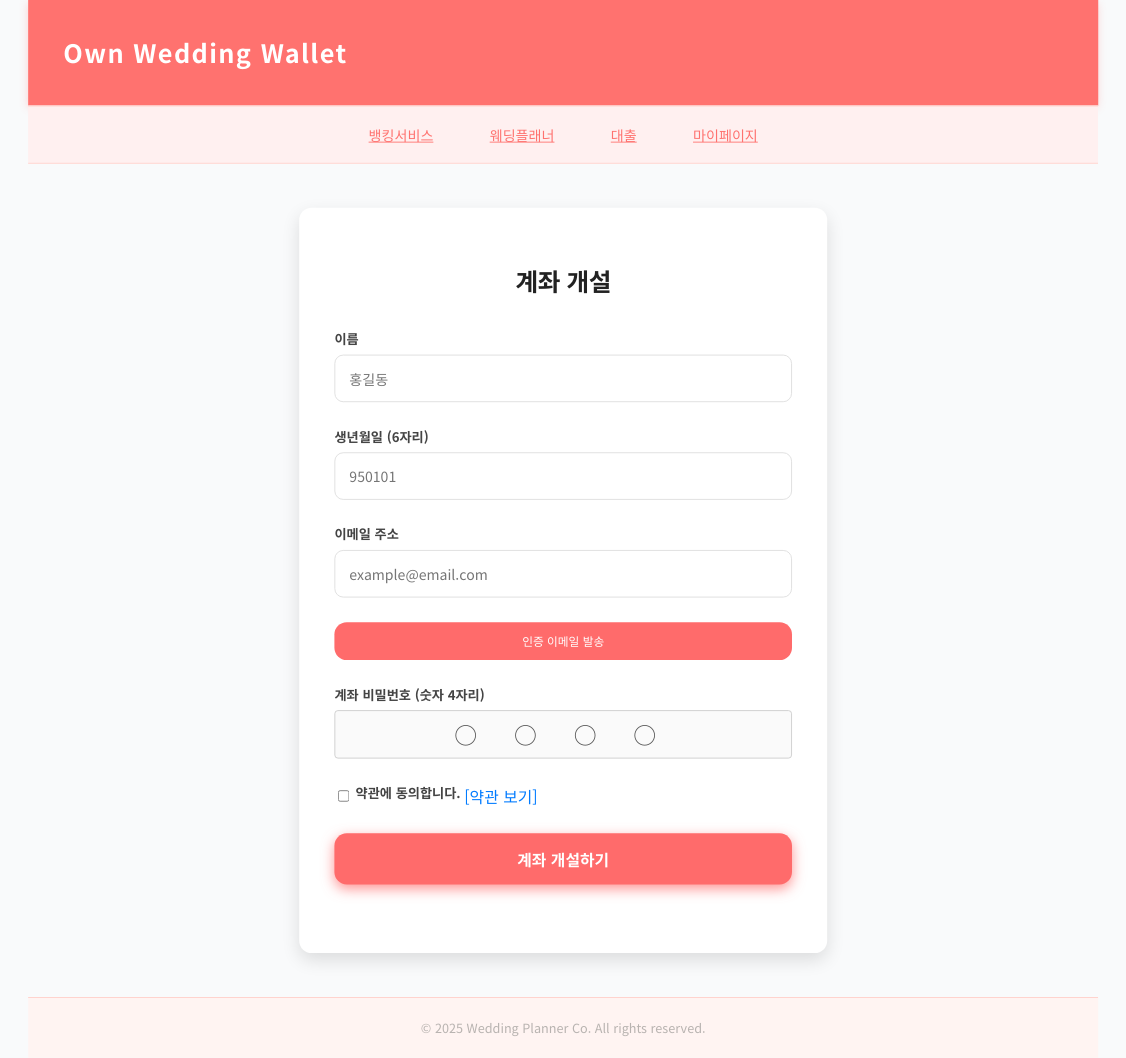
Repository: jieun1738/OWW
Page: http://localhost/account_success
These files come from the project's save history. The page is drawn as it stood at one moment and after the next save; the edit follows.
The browser window is 1280 px wide. The pictures show the whole page, at 88% of full size.
The page is this project's Thymeleaf template; nobody is signed in. The template is opened directly, without the code that normally fills it, so the values that code supplies are empty.

Above is the page before, as saved 2025-08-19 13:46:12.
Console error: ReferenceError: checkLoginStatus is not defined

### oww_test2/oww_bankingService/src/main/resources/templates/account_success.html
<!DOCTYPE html>
<html lang="ko">
<head>
<meta charset="UTF-8" />
<title>계좌 개설</title>
<link href="https://fonts.googleapis.com/css2?family=Noto+Sans+KR&display=swap" rel="stylesheet" />
<link rel="stylesheet" href="/css/account_css.css" />
<link rel="stylesheet" href="/css/page.css" />
<style>
body {
	display: block !important;
	justify-content: initial !important;
	align-items: initial !important;
}
.container {
	width: 600px !important;
	margin: 50px auto !important;
}
.password-box {
	cursor: pointer;
	padding: 8px;
	border: 1px solid #ccc;
	border-radius: 4px;
	text-align: center;
	user-select: none;
}
.keypad {
	display: grid;
	grid-template-columns: repeat(3, 1fr);
	gap: 8px;
	margin-top: 8px;
}
.submit-btn {
	width: 100%;
	padding: 10px;
	background-color: #4CAF50;
	color: white;
	border: none;
	border-radius: 5px;
	cursor: pointer;
}
.submit-btn:hover {
	background-color: #45a049;
}
.terms-inline {
	display: flex;
	align-items: center;
	gap: 4px;
}
.terms-link {
	color: #007bff;
	text-decoration: none;
	cursor: pointer;
}
.modal {
	display: none;
	position: fixed;
	top: 0; left: 0;
	width: 100%; height: 100%;
	background: rgba(0,0,0,0.5);
	justify-content: center; align-items: center;
}
.modal-content {
	background: white;
	padding: 20px;
	border-radius: 8px;
	width: 80%;
	max-width: 500px;
}
.close {
	float: right;
	font-size: 24px;
	cursor: pointer;
}
</style>
</head>
<body>

<header>
	<h1 class="logo">Own Wedding Wallet</h1>
</header>

<nav>
	<div class="nav-item">
		<a href="/banking/main" class="nav-link">뱅킹서비스</a>
		<div class="dropdown">
			<a href="/banking/createAccount">계좌생성</a>
			<a href="/banking/transfer_1">이체</a>
			<a href="/banking/safebox">세이프박스</a>
		</div>
	</div>
	<div class="nav-item">
		<a href="#wedding" class="nav-link">웨딩플래너</a>
		<div class="dropdown">
			<a href="#">추천테마</a>
			<a href="#">DIY</a>
		</div>
	</div>
	<div class="nav-item">
		<a href="#loan" class="nav-link">대출</a>
		<div class="dropdown">
			<a href="#">대출상품</a>
			<a href="#">대출상환</a>
		</div>
	</div>
	<div class="nav-item">
		<a href="#mypage" class="nav-link">마이페이지</a>
	</div>
</nav>

<form action="/api/banking/create" method="post" onsubmit="return submitForm()">
<section class="container" role="main" aria-label="계좌 개설 폼">


	<h2>계좌 개설</h2>

	<article class="section">
		<label for="name">이름</label>
		<input type="text" id="name" name="name" placeholder="홍길동" autocomplete="name" required />
	</article>

	<article class="section">
		<label for="birth">생년월일 (6자리)</label>
		<input type="text" id="birth" name="birth" placeholder="950101" maxlength="6" pattern="\d{6}" title="6자리 숫자 입력" autocomplete="bday" required />
	</article>

	<article class="section">
		<label for="email">이메일 주소</label>
		<input type="email" id="email" name="email" placeholder="example@email.com" autocomplete="email" required />
	</article>

	<article class="section">
		<button type="button" onclick="sendEmailVerification(event)" style="width: 100%;">인증 이메일 발송</button>
	</article>

	<article class="section" id="emailVerifySection" style="display: none;">
		<label for="emailCode">인증번호 입력</label>
		<input type="text" id="emailCode" name="emailCode" placeholder="6자리 입력" maxlength="6" />
		<button type="button" onclick="verifyEmailCode(event)" style="margin-top: 8px; width: 100%;">✅ 인증 확인</button>
	</article>

	<article class="section">
		<label for="passwordInput">계좌 비밀번호 (숫자 4자리)</label>
		<div id="passwordDisplay" class="password-box" tabindex="0" aria-label="계좌 비밀번호 입력창" role="textbox" aria-readonly="true" onclick="showKeypad()" onkeydown="preventTyping(event)">● ● ● ●</div>
		<input type="hidden" id="passwordInput" name="password" maxlength="4" required />
		<div class="keypad" id="keypad" aria-label="숫자 키패드" style="display: none;">
			<button type="button" onclick="addNumber('1')">1</button>
			<button type="button" onclick="addNumber('2')">2</button>
			<button type="button" onclick="addNumber('3')">3</button>
			<button type="button" onclick="addNumber('4')">4</button>
			<button type="button" onclick="addNumber('5')">5</button>
			<button type="button" onclick="addNumber('6')">6</button>
			<button type="button" onclick="addNumber('7')">7</button>
			<button type="button" onclick="addNumber('8')">8</button>
			<button type="button" onclick="addNumber('9')">9</button>
			<button type="button" onclick="hideKeypad()">취소</button>
			<button type="button" onclick="addNumber('0')">0</button>
			<button type="button" onclick="removeNumber()">삭제</button>
		</div>
	</article>

	<article class="section">
		<div class="terms-inline">
			<input type="checkbox" id="agree" name="agree" required />
			<label for="agree">약관에 동의합니다.</label>
			<a href="#" onclick="openModal(event)" class="terms-link">[약관 보기]</a>
		</div>
	</article>

	<article class="section">
		<button class="submit-btn" type="submit">계좌 개설하기</button>
	</article>
</section>
</form>

<div id="termsModal" class="modal" role="dialog" aria-modal="true" aria-labelledby="modalTitle" aria-describedby="modalDesc">
	<div class="modal-content">
		<span class="close" onclick="closeModal()" aria-label="모달 닫기">&times;</span>
		<h3 id="modalTitle">계좌 개설 약관</h3>
		<div id="modalDesc">
			<p>본인은 계좌 개설에 필요한 모든 정보를 사실대로 입력하였으며, 전자금융거래법 및 관련 법률에 따라 제공되는 서비스 이용에 동의합니다.</p>
			<h4>제1조 (목적)</h4>
			<p>본 약관은 Own Wedding Wallet의 계좌 개설 및 이용에 관한 사항을 규정합니다.</p>
			<h4>제2조 (개인정보의 수집 및 이용)</h4>
			<p>계좌 개설을 위해 필요한 최소한의 개인정보를 수집하며, 관련 법령에 따라 안전하게 관리됩니다.</p>
			<h4>제3조 (계좌 이용 및 해지)</h4>
			<p>계좌는 본인 확인 후 이용 가능하며, 해지 시 관련 절차를 따라야 합니다.</p>
			<h4>제4조 (비밀번호 보호)</h4>
			<p>계좌 비밀번호는 본인만 알 수 있도록 안전하게 관리해야 합니다.</p>
		</div>
	</div>
</div>

<footer> &copy; 2025 Wedding Planner Co. All rights reserved.</footer>

<script src="/js/auth-buttons.js"></script>
<script>
window.onload = function() {
	document.activeElement.blur();
};

const passwordInput = document.getElementById("passwordInput");
const passwordDisplay = document.getElementById("passwordDisplay");
const keypad = document.getElementById("keypad");

function showKeypad() { keypad.style.display = "grid"; }
function hideKeypad() { keypad.style.display = "none"; }
function updateDisplay() {
	const length = passwordInput.value.length;
	let display = "";
	for (let i = 0; i < 4; i++) display += i < length ? "● " : "○ ";
	passwordDisplay.textContent = display.trim();
}
function addNumber(num) { if(passwordInput.value.length<4){ passwordInput.value+=num; updateDisplay(); } }
function removeNumber() { passwordInput.value=passwordInput.value.slice(0,-1); updateDisplay(); }
function preventTyping(event){ event.preventDefault(); }

function openModal(e){ e.preventDefault(); document.getElementById("termsModal").style.display="flex"; }
function closeModal(){ document.getElementById("termsModal").style.display="none"; }

function submitForm(){
	if(passwordInput.value.length!==4){ alert("비밀번호 4자리를 입력해주세요."); showKeypad(); passwordDisplay.focus(); return false; }
	if(!document.getElementById("agree").checked){ alert("약관에 동의해야 계좌를 개설할 수 있습니다."); return false; }
	return true;
}
updateDisplay();
passwordDisplay.addEventListener("keydown", preventTyping);

// ✅ 수정된 이메일 인증 함수들
function sendEmailVerification(event){
	console.log("🚨 이메일 인증 요청 시작");

	const button = event.target;
	const email = document.getElementById("email").value;

	if(!email || !email.includes("@")){
		alert("유효한 이메일 주소를 입력하세요.");
		return;
	}

	const originalText = button.textContent;
	button.textContent="발송 중...";
	button.disabled=true;

	// ✅ Gateway를 통한 경로로 수정
	fetch('/banking/account/send-verification',{
		method:'POST',
		headers:{
			'Content-Type':'application/x-www-form-urlencoded',
			'X-Requested-With':'XMLHttpRequest'
		},
		body:'email='+encodeURIComponent(email),
		credentials: 'include'  // 쿠키 전송 (JWT 토큰용)
	})
	.then(res => {
		console.log("응답 상태:", res.status);
		return res.json();
	})
	.then(data=>{
		console.log("응답 데이터:", data);
		if(data.success){
			alert("✅ "+data.message);
			document.getElementById("emailVerifySection").style.display="block";
		}else {
			alert("❌ "+data.message);
			console.error("이메일 발송 실패:", data);
		}
	})
	.catch(err=>{
		console.error("fetch 오류:", err);
		alert("❌ 인증번호 발송 중 오류가 발생했습니다. 콘솔을 확인하세요.");
	})
	.finally(()=>{
		button.textContent=originalText;
		button.disabled=false;
	});
}

function verifyEmailCode(event){
	console.log("🚨 이메일 인증 확인 시작");

	const button=event.target;
	const email=document.getElementById("email").value;
	const code=document.getElementById("emailCode").value;

	if(!code || code.length!==6){
		alert("6자리 인증번호를 입력하세요.");
		return;
	}

	const originalText=button.textContent;
	button.textContent="확인 중...";
	button.disabled=true;

	// ✅ Gateway를 통한 경로로 수정
	fetch('/banking/account/verify-email',{
		method:'POST',
		headers:{
			'Content-Type':'application/x-www-form-urlencoded',
			'X-Requested-With':'XMLHttpRequest'
		},
		body:'email='+encodeURIComponent(email)+'&code='+encodeURIComponent(code),
		credentials: 'include'
	})
	.then(res => {
		console.log("인증 확인 응답 상태:", res.status);
		return res.json();
	})
	.then(data=>{
		console.log("인증 확인 응답 데이터:", data);
		if(data.success){
			alert("✅ "+data.message);
			const codeInput=document.getElementById("emailCode");
			codeInput.style.backgroundColor="#d4edda";
			codeInput.readOnly=true;
			button.textContent="✅ 인증 완료";
			button.style.backgroundColor="#28a745";
		}else{
			alert("❌ "+data.message);
			button.textContent=originalText;
			button.disabled=false;
		}
	})
	.catch(err=>{
		console.error("인증 확인 오류:", err);
		alert("❌ 인증 확인 중 오류가 발생했습니다.");
		button.textContent=originalText;
		button.disabled=false;
	});
}
</script>
</body>
</html>

### oww_test2/oww_bankingService/src/main/resources/static/css/page.css
@charset "UTF-8";

/* 기본 세팅 */
body {
	margin: 0;
	font-family: 'Segoe UI', sans-serif;
	font-size: 18px;
	padding: 0 32px;
	box-sizing: border-box;
}

/* Header */
header {
	background: #ff726f;
	padding: 20px 40px;
	box-shadow: 0 3px 10px rgb(255 114 111/ 0.3);
	position: sticky;
	top: 0;
	z-index: 1000;
	display: flex;
	justify-content: space-between;
	align-items: center;
}

.logo {
	color: #fff;
	font-weight: 700;
	font-size: 1.8rem;
	letter-spacing: 1.5px;
	user-select: none;
}

/* Navigation */
nav {
	background-color: rgba(255, 240, 240, 0.95);
	display: flex;
	justify-content: center;
	gap: 40px;
	padding: 12px 0;
	border-top: 1px solid #ffd2cc;
	border-bottom: 1px solid #ffd2cc;
	position: sticky;
	top: 56px;
	z-index: 1100;
}

.nav-item {
	position: relative;
}

.nav-link {
	color: #ff726f;
	padding: 8px 12px;
	font-size: 1rem;
	border-radius: 8px;
	transition: background-color 0.3s ease, color 0.3s ease;
	cursor: pointer;
	display: inline-block;
}

.nav-link:hover, .nav-item:hover>.nav-link {
	background-color: #ff726f;
	color: white;
}

.dropdown {
	position: absolute;
	top: 125%;
	left: 0;
	background: white;
	border-radius: 10px;
	box-shadow: 0 6px 15px rgb(0 0 0/ 0.12);
	padding: 12px 0;
	min-width: 180px;
	opacity: 0;
	visibility: hidden;
	transform: translateY(-10px);
	transition: all 0.25s ease;
	z-index: 1005;
}

.nav-item:hover .dropdown {
	opacity: 1;
	visibility: visible;
	transform: translateY(0);
}

.dropdown a {
	padding: 10px 24px;
	display: block;
	font-weight: 500;
	font-size: 0.9rem;
	color: #ff726f;
	transition: background-color 0.3s ease;
}

.dropdown a:hover {
	background-color: #ffe3e1;
	color: #b53e38;
}

/* Footer */
footer {
	text-align: center;
	padding: 24px 0;
	color: #b8b3b0;
	font-weight: 500;
	font-size: 0.9rem;
	background: #fff4f2;
	box-shadow: inset 0 1px 0 #ffd3ce;
	user-select: none;
}

/* 서비스 카드 */
.service-cards {
	max-width: 1200px;
	margin: 60px auto 100px auto;
	display: flex;
	flex-direction: column;
	gap: 60px;
	padding: 0 16px;
	justify-content: center;
}

.service-card {
	width: 100%;
	max-width: 880px;
	margin: 0 auto;
	display: flex;
	align-items: center;
	justify-content: space-between;
	background: #fff;
	border-radius: 24px;
	padding: 24px 32px 24px 68px; /* 왼쪽 여백 더 큼 */
	box-shadow: 0 6px 15px rgb(0 0 0/ 0.07);
	gap: 20px;
	user-select: none;
	transition: box-shadow 0.3s ease;
}

.service-card:hover {
	box-shadow: 0 12px 30px rgb(0 0 0/ 0.15);
}

.service-card-left {
	flex: 1;
	font-weight: 700;
	color: #ff726f;
	display: flex;
	flex-direction: column;
	gap: 16px; /* 제목과 계좌번호 사이 간격 줄임 */
}

.service-card-left h1 {
	font-size: 2.0rem;
	line-height: 1.3;
	font-weight: 700;
}

.service-card-left h1#name {
	font-size: 1.8rem;
	margin-bottom: 4px;
}

.service-card-left h2 {
	font-size: 2.2rem;
	line-height: 1.3;
	margin-bottom: 16px;
}

.service-card-left h3 {
	font-size: 1.5rem;
	font-weight: 500;
}

.service-card-icon {
	font-size: 144px;
	user-select: none;
}

.service-card-right {
	flex-shrink: 0;
	display: flex;
	flex-direction: column;
	gap: 20px;
	text-align: right;
	align-items: flex-end;
	color: #8e827b;
	font-weight: 500;
	font-size: 1.2rem;
}

.service-card-center {
	flex: 1;
	display: flex;
	flex-direction: column;
	color: #ff726f;
	justify-content: center; /* 가로 중앙 */
	align-items: center; /* 세로 중앙 */
	height: 100%; /* 상위 요소에 맞추려면 필요 */
	text-align: center; /* 텍스트 정렬 */
}

.service-card-center h1 {
	font-size: 3.0rem;
	margin-bottom: 4px;
}

.service-card-center h2 {
	font-size: 2.2rem;
	line-height: 1.3;
	margin-bottom: 16px;
}

.service-card-center h3 {
	font-size: 1.5rem;
	font-weight: 500;
}

.transfer-name, .transfer-account {
	font-size: 2rem; /* 보기 좋은 기본 크기 */
	font-weight: bold; /* 굵게 */
	color: #ff726f; /* 기존 스타일 유지 (원하시면 다른 색도 가능) */
	margin: 4px 0;
}

.transfer-balance {
	font-size: 3.4rem; /* 글씨 더 크게 */
	font-weight: bold; /* 굵게 */
	color: #ff726f;
	margin: 8px 0 16px;
}

/* 버튼들: .transfer-btn, .history-btn 스타일 추가 */
.transfer-btn, .history-btn {
	font-weight: 700;
	font-size: 1.2rem;
	padding: 16px 36px;
	color: #ff726f;
	border-radius: 30px;
	border: 3px solid #ff726f;
	background-color: transparent;
	cursor: pointer;
	transition: all 0.25s ease;
	user-select: none;
}

.transfer-btn:hover, .history-btn:hover {
	background-color: #ff726f;
	color: white;
	border-color: transparent;
}

.transfer-btn:disabled {
	background-color: transparent;
	border-color: #f7c6c5;
	color: #f7c6c5;
	cursor: not-allowed;
	pointer-events: none;
	opacity: 0.6;
}

.underline-btn {
	font-size: 2rem;
	background: none;
	border: none;
	padding: 0;
	color: #ff726f; /* 원하는 글씨색 */
	font-weight: 700;
	font-size: 1.2rem;
	text-decoration: underline; /* 밑줄 */
	cursor: pointer;
	user-select: none;
	transition: color 0.25s ease;
}

.underline-btn:hover {
	color: #b53e38; /* 호버 시 색상 변경 (원하는 색으로) */
	text-decoration: underline; /* 유지 */
}

.button-row {
	display: flex;
	align-items: center;
	gap: 16px; /* 요소들 사이 간격 */
	flex-wrap: nowrap; /* 줄바꿈 막기 */
}

.account-display {
	cursor: pointer;
}

#accountInput {
	width: 100%;
	max-width: 280px;
	padding: 14px 20px;
	font-size: 1.2rem;
	font-family: 'Segoe UI', sans-serif;
	color: #ff726f;
	background-color: #fff4f2;
	border: 2.5px solid #ff726f;
	border-radius: 24px;
	box-shadow: 0 6px 15px rgb(255 114 111/ 0.15);
	transition: border-color 0.3s ease, box-shadow 0.3s ease;
	outline: none;
	user-select: text;
}

#accountInput::placeholder {
	color: #f7c6c5;
	font-weight: 500;
}

.account-info {
	font-size: 1.1rem;
	font-weight: 500;
	color: #333333;
	margin: 4px 0;
}

#accountInput:focus {
	border-color: #b53e38;
	box-shadow: 0 8px 25px rgb(181 62 56/ 0.3);
	background-color: #fff0ef;
}

/* 모달 기본 스타일 */
.modal {
	display: none; /* 숨김 상태 */
	position: fixed;
	z-index: 9999;
	left: 0;
	top: 0;
	width: 100vw;
	height: 100vh;
	background-color: rgba(0, 0, 0, 0.4);
	justify-content: center;
	align-items: center;
}

.modal-content {
	background-color: #fff;
	border-radius: 24px;
	padding: 30px 36px;
	box-shadow: 0 6px 20px rgb(0 0 0/ 0.15);
	width: 100%;
	max-width: 400px;
}

.modal-content input {
	width: 80%;
	padding: 10px;
	border: 2px solid #ff726f;
	border-radius: 8px;
	margin-top: 16px;
	font-size: 1rem;
}

.bank-list {
	display: grid;
	grid-template-columns: repeat(2, 1fr);
	gap: 12px;
	justify-content: center;
}

.bank-btn {
	height: 60px;
	border: none;
	background: transparent;
	cursor: pointer;
	padding: 4px;
	display: flex;
	align-items: center;
	justify-content: center;
}

.bank-btn img {
	max-height: 40px;
	object-fit: contain;
}

.bank-btn:hover {
	background-color: #ff726f33;
	box-shadow: 0 0 8px #ff726f;
	border-radius: 12px;
}

/* 은행 선택 후 표시될 로고 스타일 */
.selected-bank-logo {
	width: 80px;
	height: 80px;
	display: inline-block;
}

.close {
	position: absolute;
	right: 24px;
	top: 16px;
	font-size: 24px;
	cursor: pointer;
}

/* 모달 제목 스타일 */
.modal-content h3 {
	font-family: 'Segoe UI', sans-serif;
	color: #ff726f;
	font-weight: 700;
	font-size: 1.5rem;
	margin-bottom: 16px;
	user-select: none;
}

/* 모달 일반 문단 스타일 */
.modal-content p {
	font-family: 'Segoe UI', sans-serif;
	color: #ff726f;
	font-weight: 600;
	font-size: 1.2rem;
	margin: 6px 0;
	user-select: none;
}

/* 모달 내 버튼 스타일 - 은행 모달의 버튼 스타일을 공통으로 */
.modal-content button {
	font-weight: 700;
	font-size: 1.2rem;
	padding: 12px 28px;
	color: #ff726f;
	border-radius: 30px;
	border: 3px solid #ff726f;
	background-color: transparent;
	cursor: pointer;
	transition: all 0.25s ease;
	user-select: none;
	margin-top: 12px;
	display: inline-block;
}

.modal-content button:hover {
	background-color: #ff726f;
	color: white;
	border-color: transparent;
}

/* #transferAmount 통합 스타일 */
#transferAmount {
	width: 800px; /* 너비 키움 */
	height: 100px; /* 높이 추가 */
	padding: 20px 24px; /* 패딩 약간 키움 */
	font-size: 1.8rem; /* 글씨도 약간 키움 */
	font-weight: bold;
	border: none; /* 테두리 제거 */
	border-radius: 12px;
	text-align: center;
	box-sizing: border-box;
	box-shadow: 0 2px 8px rgba(255, 114, 111, 0.3);
	background-color: #fff;
	transition: box-shadow 0.3s ease;
}

#transferAmount:focus {
	outline: none;
	border-color: transparent;
	box-shadow: 0 0 12px rgba(255, 114, 111, 0.6);
	background-color: #fffdfd;
}

#transferAmount::placeholder {
	color: #bbb;
	font-size: 1.2rem;
}

/* 반응형 정리 */
@media ( max-width : 768px) {
	body {
		padding: 0 16px;
	}
	nav {
		gap: 24px;
		font-size: 0.95rem;
	}
	.service-cards {
		gap: 40px;
		padding: 0 16px;
	}
	.service-card {
		flex-direction: column;
		padding: 32px 24px;
	}
	.service-card-left {
		flex: none;
		flex-direction: row;
		align-items: center;
		gap: 16px;
		margin-bottom: 20px;
	}
	.service-card-left h2 {
		font-size: 1.6rem;
	}
	.service-card-left h3 {
		font-size: 1.2rem;
	}
	.service-card-icon {
		font-size: 72px;
	}
	.service-card-right {
		text-align: left;
		align-items: flex-start;
		padding-left: 0;
	}
	.transfer-btn, .history-btn {
		padding: 16px 40px;
		font-size: 1.1rem;
		align-self: stretch;
	}
}

Loaded but not shown: oww_test2/oww_bankingService/src/main/resources/static/js/auth-buttons.js (34 lines, source omitted); oww_test2/oww_bankingService/src/main/resources/static/css/account_css.css (726 lines, source omitted)

After the next save:
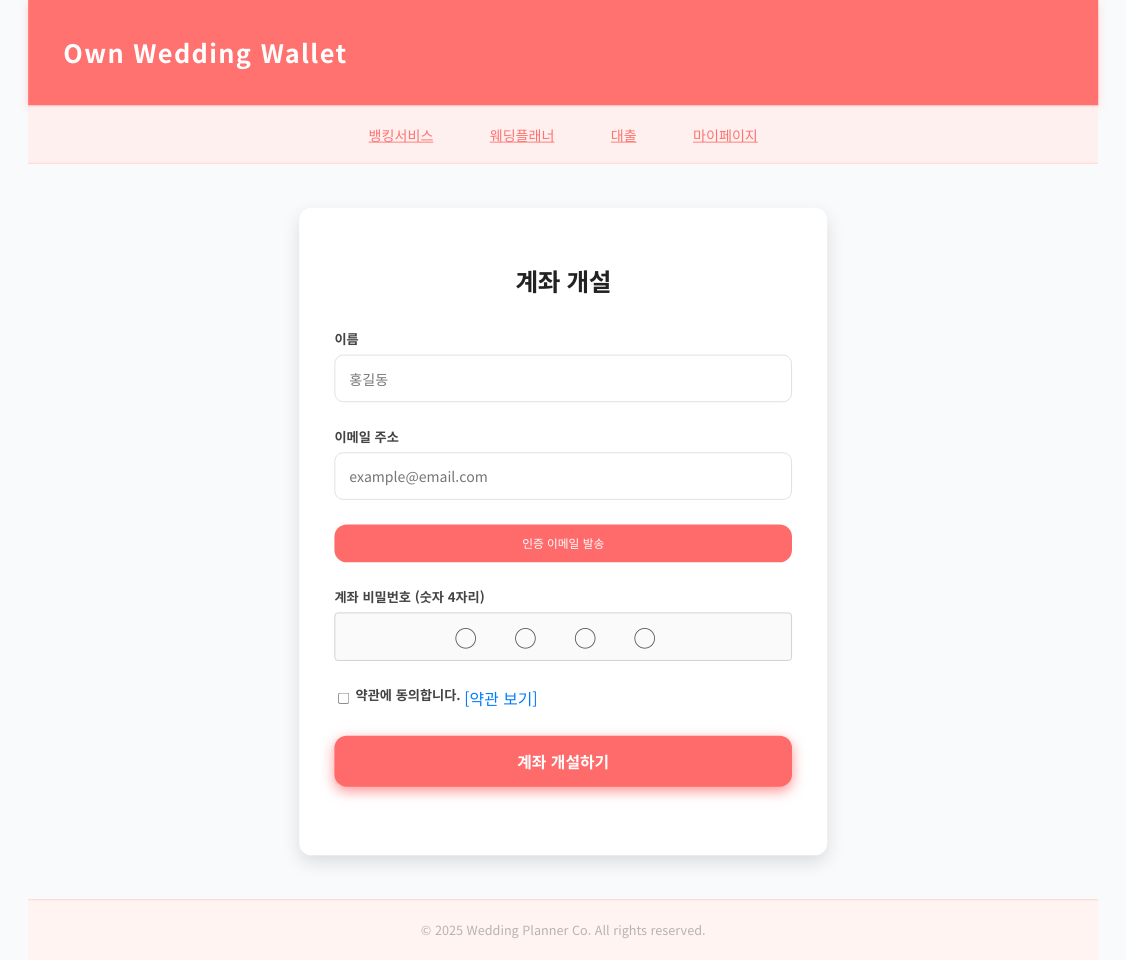
Saved 32 s later.
--- a/oww_test2/oww_bankingService/src/main/resources/templates/account_success.html
+++ b/oww_test2/oww_bankingService/src/main/resources/templates/account_success.html
@@ -117,11 +117,6 @@ body {
 	<article class="section">
 		<label for="name">이름</label>
 		<input type="text" id="name" name="name" placeholder="홍길동" autocomplete="name" required />
-	</article>
-
-	<article class="section">
-		<label for="birth">생년월일 (6자리)</label>
-		<input type="text" id="birth" name="birth" placeholder="950101" maxlength="6" pattern="\d{6}" title="6자리 숫자 입력" autocomplete="bday" required />
 	</article>
 
 	<article class="section">
